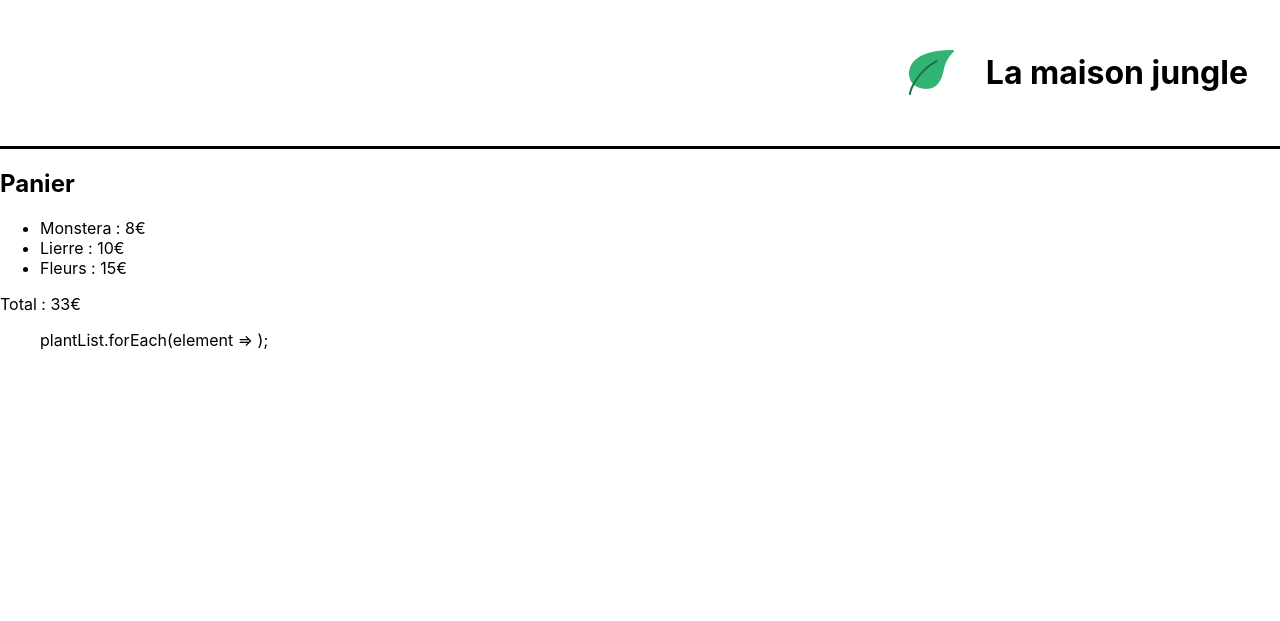
Repository: massndongo/la-maison-junglee
Page: /
These files come from the project's save history. The page is drawn as it stood at one moment and after a run of saves; the edit follows.
The browser window is 1280 px wide. The pictures show the whole page.
The project was rebuilt for these pictures with package versions that can differ from the ones it lists, and the page was loaded fresh each time.

Above is the page before, as saved 2023-03-23 16:31:30.

After the next 3 saves:
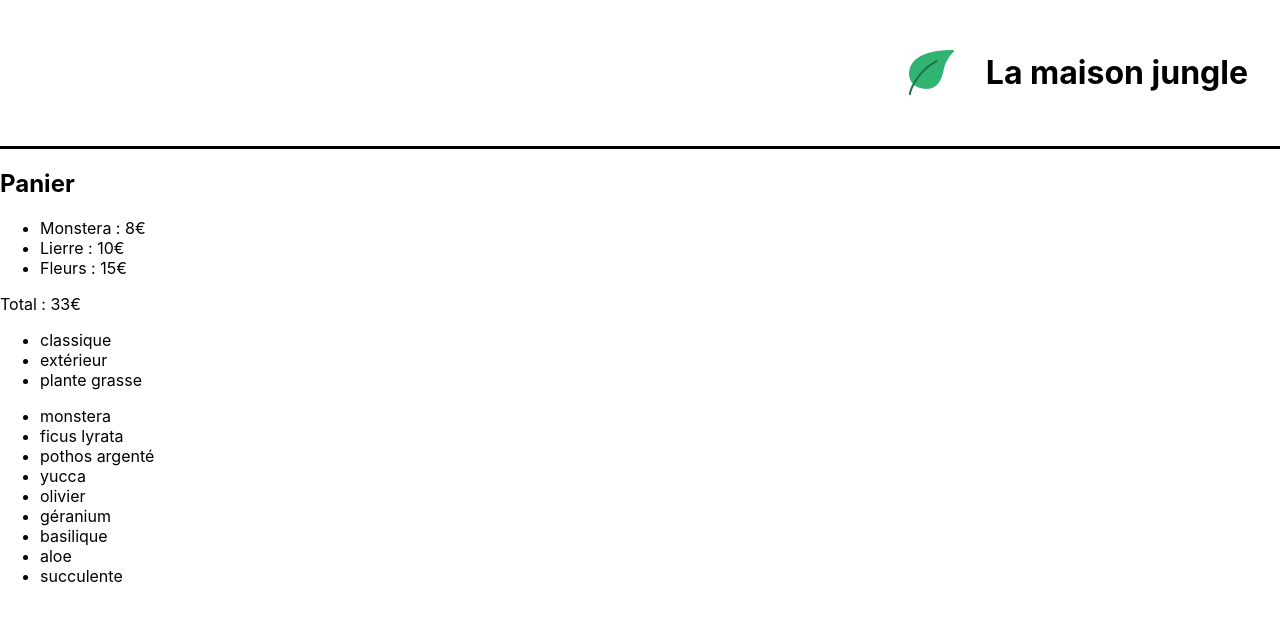
The 3 saves are shown as one change because 1 did not build or start and some came seconds apart.
The last was saved 2 min 18 s later.
--- a/src/components/ShoppingList.js
+++ b/src/components/ShoppingList.js
@@ -1,22 +1,26 @@
-import { plantList } from '../datas/plantList';
-// const plantList = [
-//     'monstera',
-//     'ficus lyrata',
-//     'pothos argenté',
-//     'yucca',
-//     'palmier'
-// ]
+import { plantList } from '../datas/plantList'
 
 function ShoppingList() {
-    return (
-        <ul>
+	const categories = plantList.reduce(
+		(acc, plant) =>
+			acc.includes(plant.category) ? acc : acc.concat(plant.category),
+		[]
+	)
 
-                plantList.forEach(element => {
-
-                });
-
-        </ul>
-    )
+	return (
+		<div>
+			<ul>
+				{categories.map((cat) => (
+					<li key={cat}>{cat}</li>
+				))}
+			</ul>
+			<ul>
+				{plantList.map((plant) => (
+					<li key={plant.id}>{plant.name}</li>
+				))}
+			</ul>
+		</div>
+	)
 }
 
 export default ShoppingList
